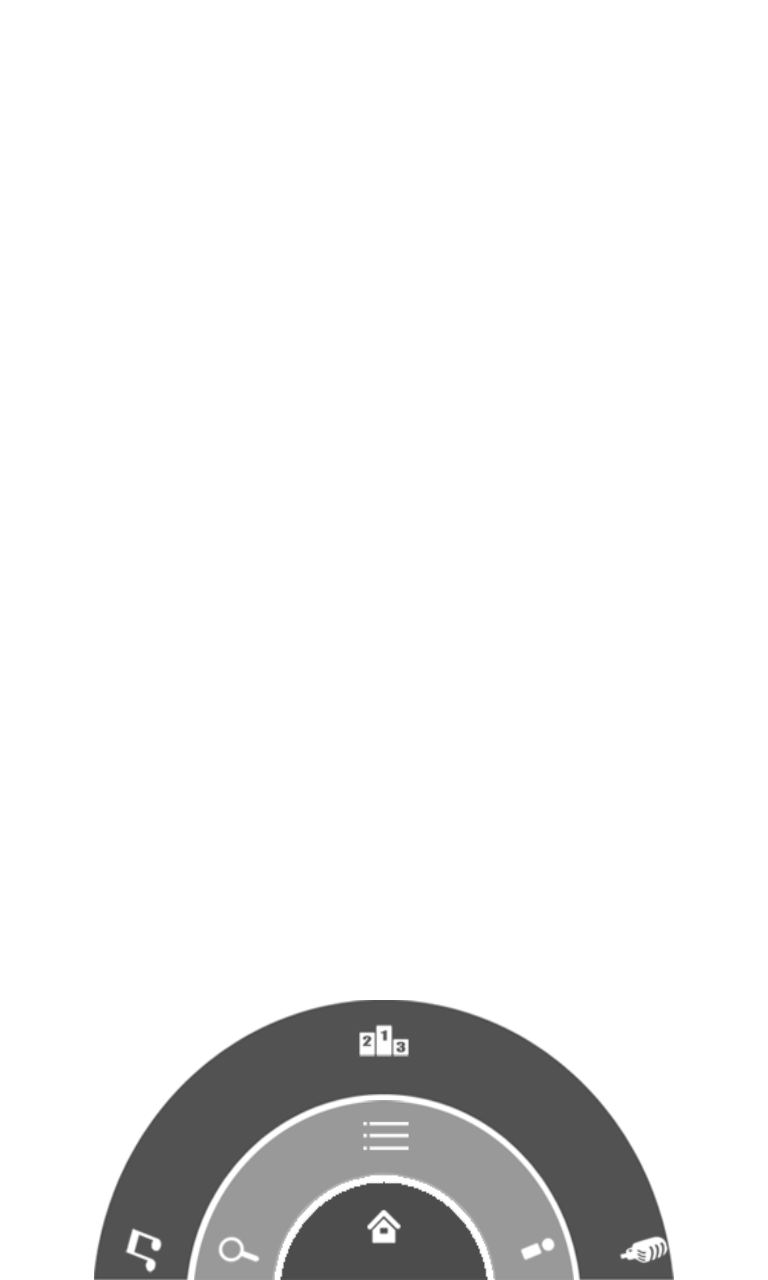
Repository: ASmouse/View
Layout: 02_UkuDemo14/res/layout/activity_main.xml
The author's editor kept a copy of each file at every save. The layout is drawn from the files as they stood at one save, then again after the next save.
It is drawn on a 768 x 1280 px phone screen (xhdpi) without system bars, with theme AppTheme; the app's code is not run.

Above is the layout before, as saved 2015-10-24 03:05:14.

After the next save:
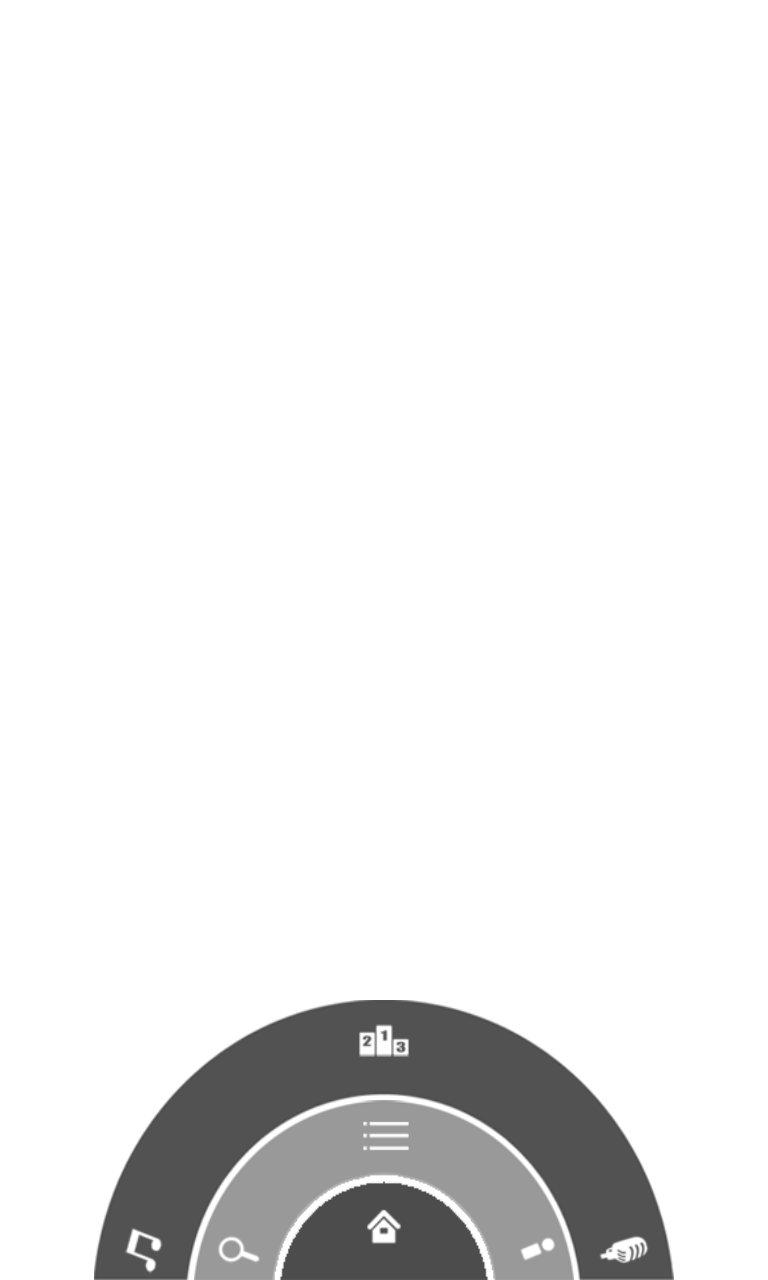
Saved 9 s later.
--- a/02_UkuDemo14/res/layout/activity_main.xml
+++ b/02_UkuDemo14/res/layout/activity_main.xml
@@ -93,6 +93,7 @@
         <!-- 第七个按钮 -->
 
         <ImageView
+            android:layout_marginRight="10dip"
             android:layout_width="wrap_content"
             android:layout_height="wrap_content"
            android:layout_alignParentBottom="true"
